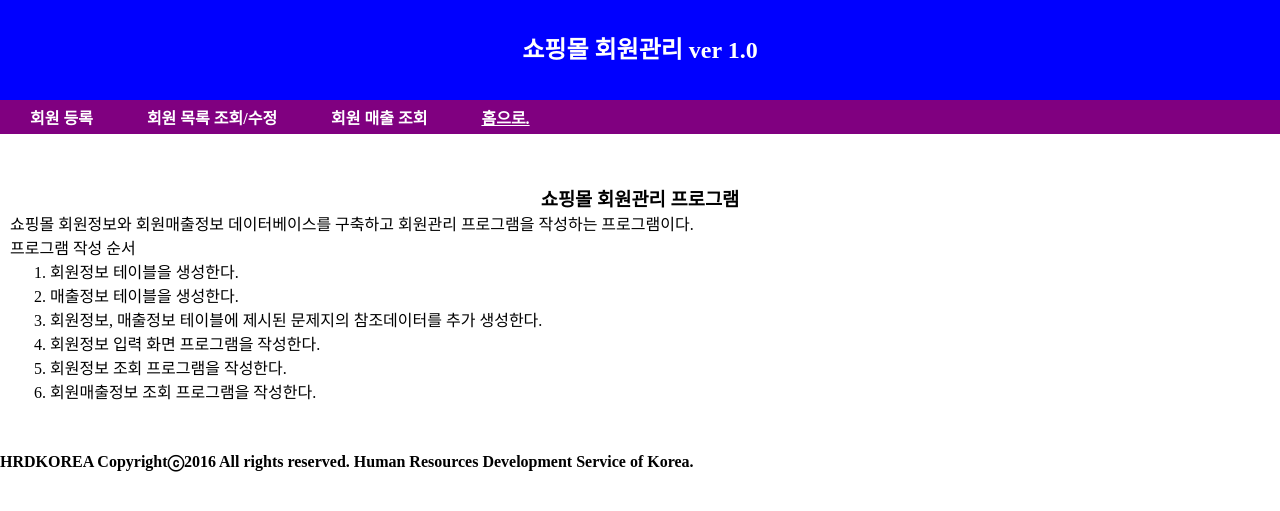
Repository: brightjy/Today-what-I-practiced
Page: http://localhost/HRD_900108/main/main.jsp
The author's editor kept a copy of each file at every save. The page is drawn from the files as they stood at one save, then again after the next save.
The browser window is 1280 px wide. The pictures show the whole page.
The page is served by Tomcat 9.

Above is the page before, as saved 2020-05-09 11:41:54.

After the next save:
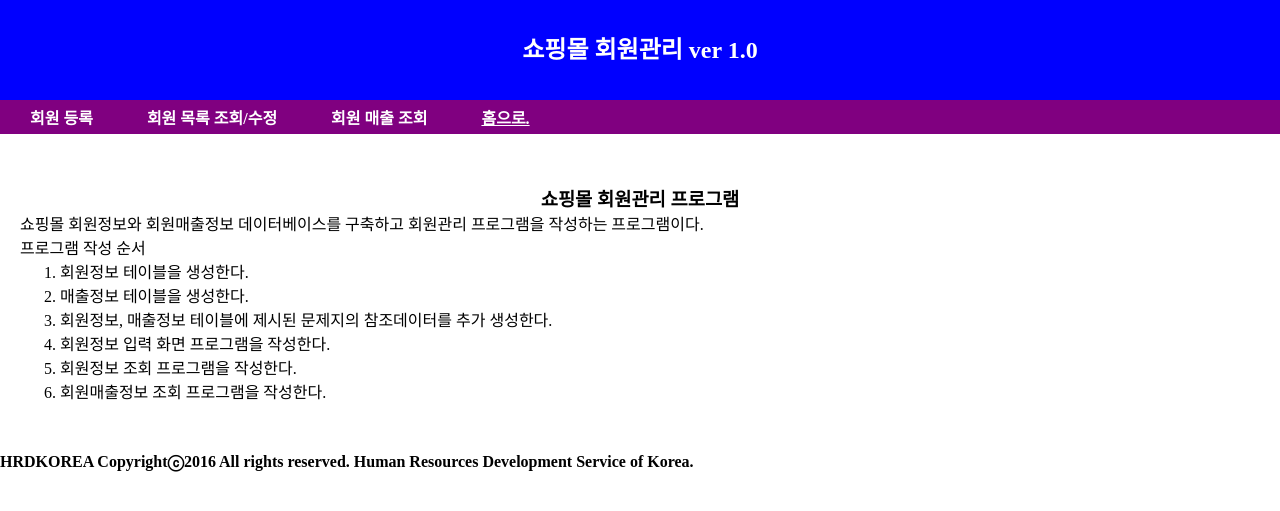
Saved 5 s later.
--- a/hrdkorea_0509/HRD_900108/WebContent/main/main.jsp
+++ b/hrdkorea_0509/HRD_900108/WebContent/main/main.jsp
@@ -30,7 +30,7 @@
 		padding-right:50px;
 	}
 	section{
-		padding: 50px 10px;
+		padding: 50px 20px;
 	}
 	section h3{
 		text-align:center;
